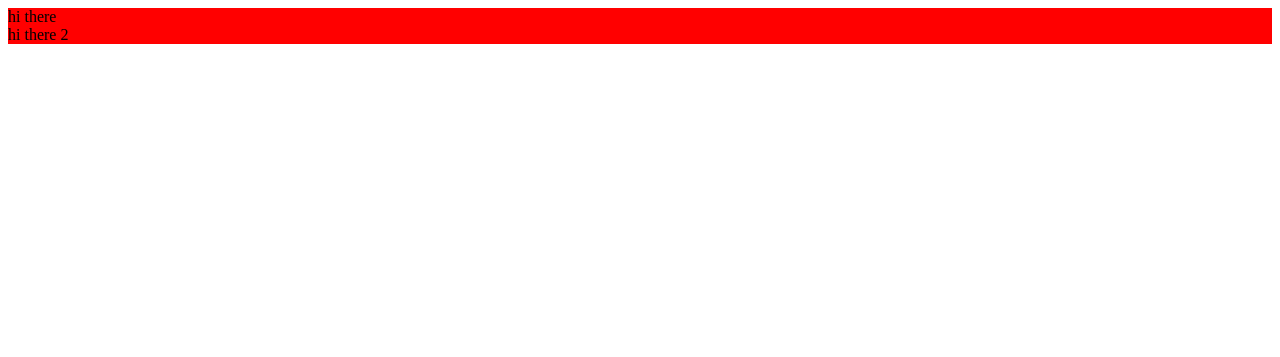
Repository: VISHALGUPTA100803/Harkirat_MERN
Page: Week 4/DOM_introduction/index.html
These files come from the project's save history. The page is drawn as it stood at one moment and after a run of saves; the edit follows.
The browser window is 1280 px wide. The pictures show the whole page.

Above is the page before, as saved 2024-03-12 00:32:37.

After the next 7 saves:
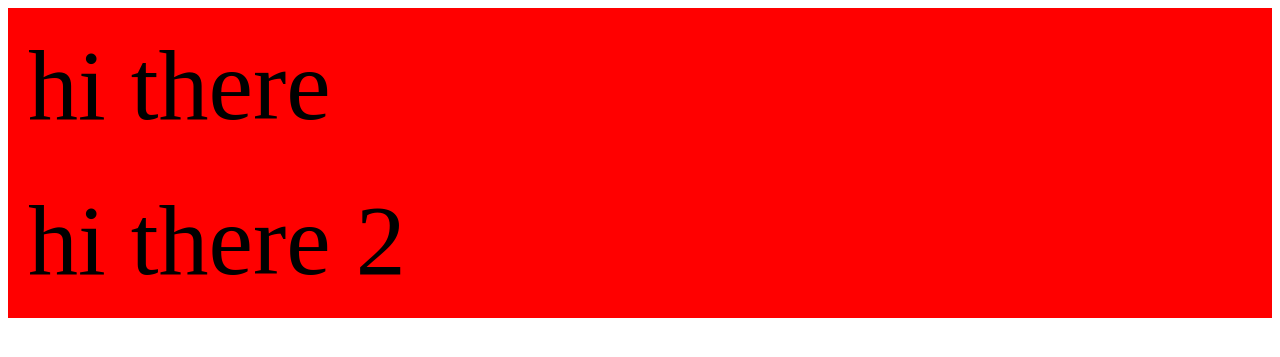
The 7 saves are shown as one change because they came seconds apart.
The last was saved 23 s later.
--- a/Week 4/DOM_introduction/index.html
+++ b/Week 4/DOM_introduction/index.html
@@ -2,6 +2,9 @@
     <style>
         .container {
             background-color: red;
+            font-size: 100;
+            padding: 20;
+            ma
         }
     </style>
     <body>
